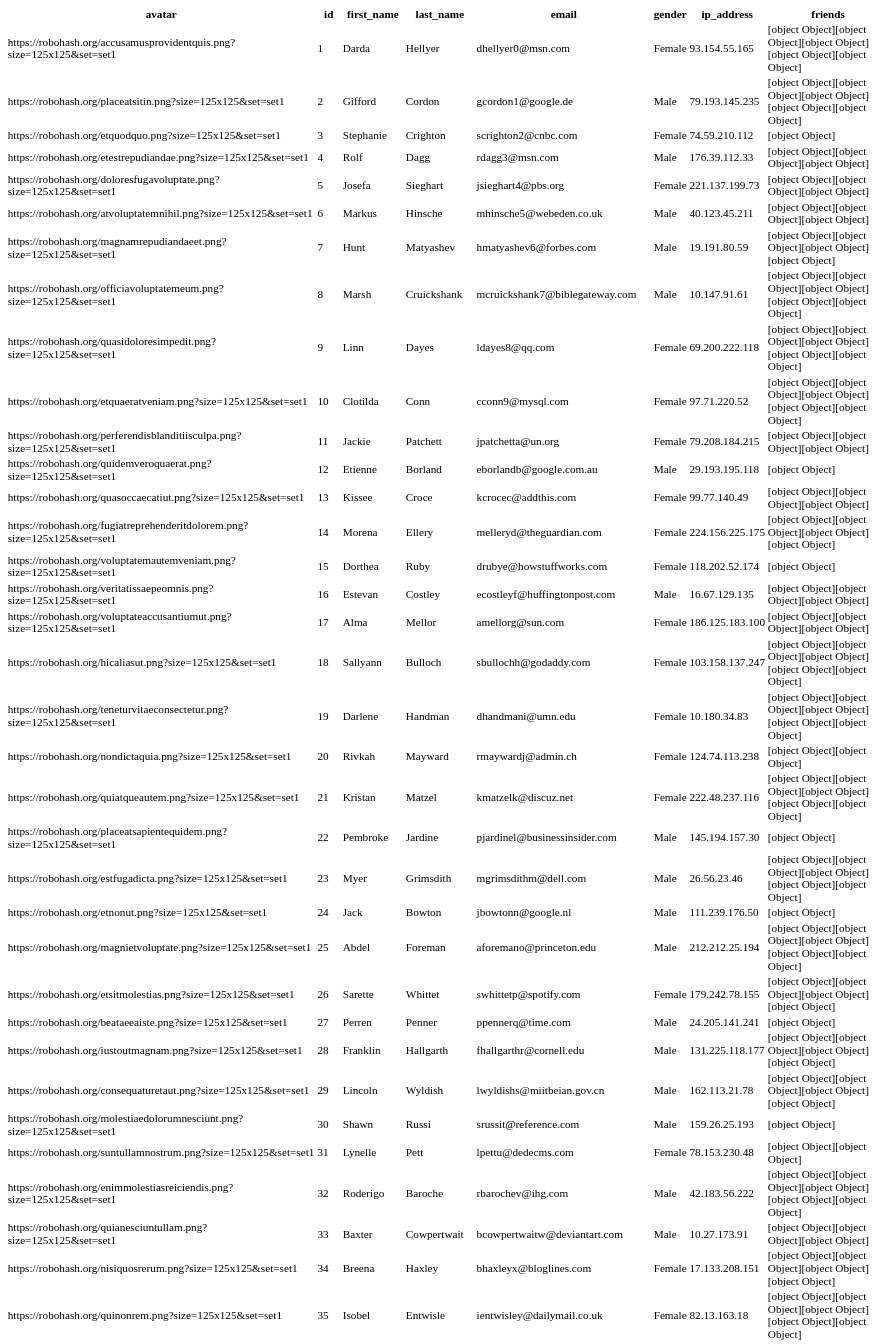
Repository: GeryZlatev/myTable
Page: index.html
The author's editor kept a copy of each file at every save. The page is drawn from the files as they stood at one save, then again after the next save.
The browser window is 1280 px wide. The pictures show the part of the page from y = 0 to 1920 px (the page is 49112 px tall before and 720 px after), at 70% of full size.

Above is the page before, as saved 2021-01-05 15:06:15.

### index.html
<!DOCTYPE html>
<html lang="en">

<head>
    <meta charset="UTF-8">
    <meta name="viewport" content="width=device-width, initial-scale=1.0">
    <title>Document</title>
</head>

<body>
    <div id="app"></div>
    <script src="app.js" type="module"></script>

</body>

</html>

### app.js
import { MOCK } from './MOCK_DATA.js';

(function(data, document) {
    let keys = Object.keys(data[0]);

    function createTag(tag, content) {
        return `<${tag}>
${Array.isArray(content) ? content.join('') : content}
</${tag}>`;
    }
    const renderTable = createTag.bind(undefined, 'table');
    const renderThead = createTag.bind(undefined, 'thead');
    const renderTbody = createTag.bind(undefined, 'tbody');
    const renderTr = createTag.bind(undefined, 'tr');
    const renderTh = createTag.bind(undefined, 'th');
    const renderTd = createTag.bind(undefined, 'td');

    function chooseContentType(map, type, wrapper, content) {
        if (typeof map[type] === 'function') {
            return wrapper(map[type](content))
        }

        return wrapper(content);
    }

    const fieldsMap = {
        avatar: ''
    }


    const defaultTd = chooseContentType.bind(
        undefined, fieldsMap, renderTd
    )


    let result = renderTable(
        renderThead(renderTr(keys.map(key => renderTh(key)))) +
        renderTbody(data
            .map(row => renderTr(keys
                .map(cell => renderTd(row[cell])))))
    )




    document.getElementById('app').innerHTML = result;

}(MOCK, document))

Loaded but not shown: MOCK_DATA.js (library)

After the next save:
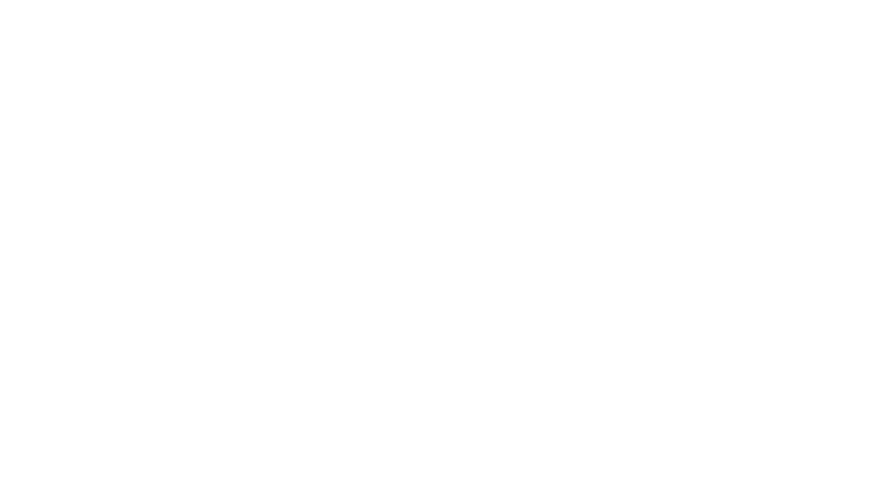
Console error: TypeError: wrapper is not a function
Saved 22 s later.
--- a/app.js
+++ b/app.js
@@ -37,7 +37,7 @@ ${Array.isArray(content) ? content.join('') : content}
         renderThead(renderTr(keys.map(key => renderTh(key)))) +
         renderTbody(data
             .map(row => renderTr(keys
-                .map(cell => renderTd(row[cell])))))
+                .map(cell => defaultTd(cell, row[cell])))))
     )
 
 

After the 3 saves that followed:
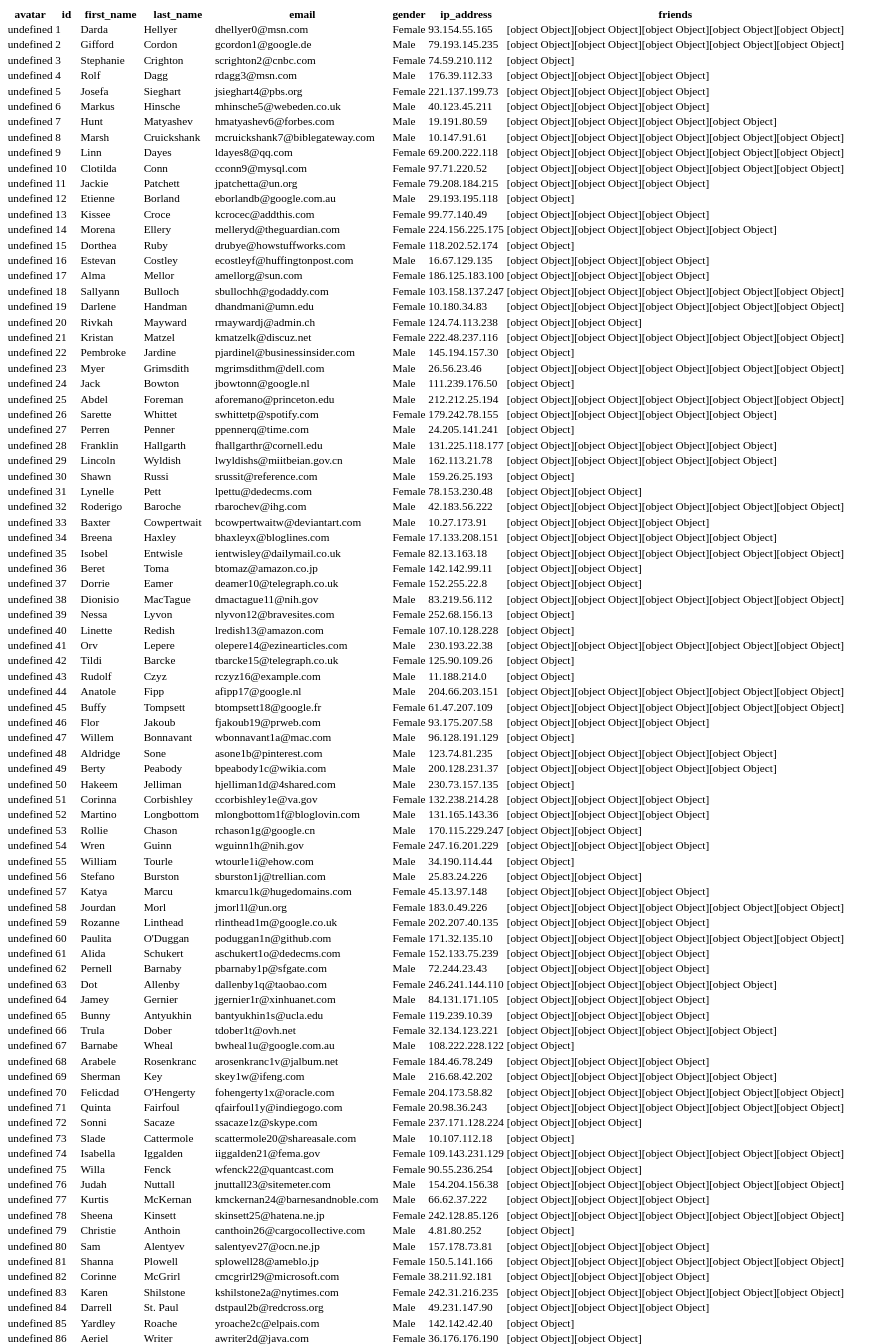
The error is gone.
The 3 saves are shown as one change because 2 left the picture as it was.
The last was saved 3 min 30 s later.
--- a/app.js
+++ b/app.js
@@ -15,7 +15,7 @@ ${Array.isArray(content) ? content.join('') : content}
     const renderTh = createTag.bind(undefined, 'th');
     const renderTd = createTag.bind(undefined, 'td');
 
-    function chooseContentType(map, type, wrapper, content) {
+    function chooseContentType(map, wrapper, type, content) {
         if (typeof map[type] === 'function') {
             return wrapper(map[type](content))
         }
@@ -24,7 +24,7 @@ ${Array.isArray(content) ? content.join('') : content}
     }
 
     const fieldsMap = {
-        avatar: ''
+        avatar: (x) => console.log(x)
     }
 
 
